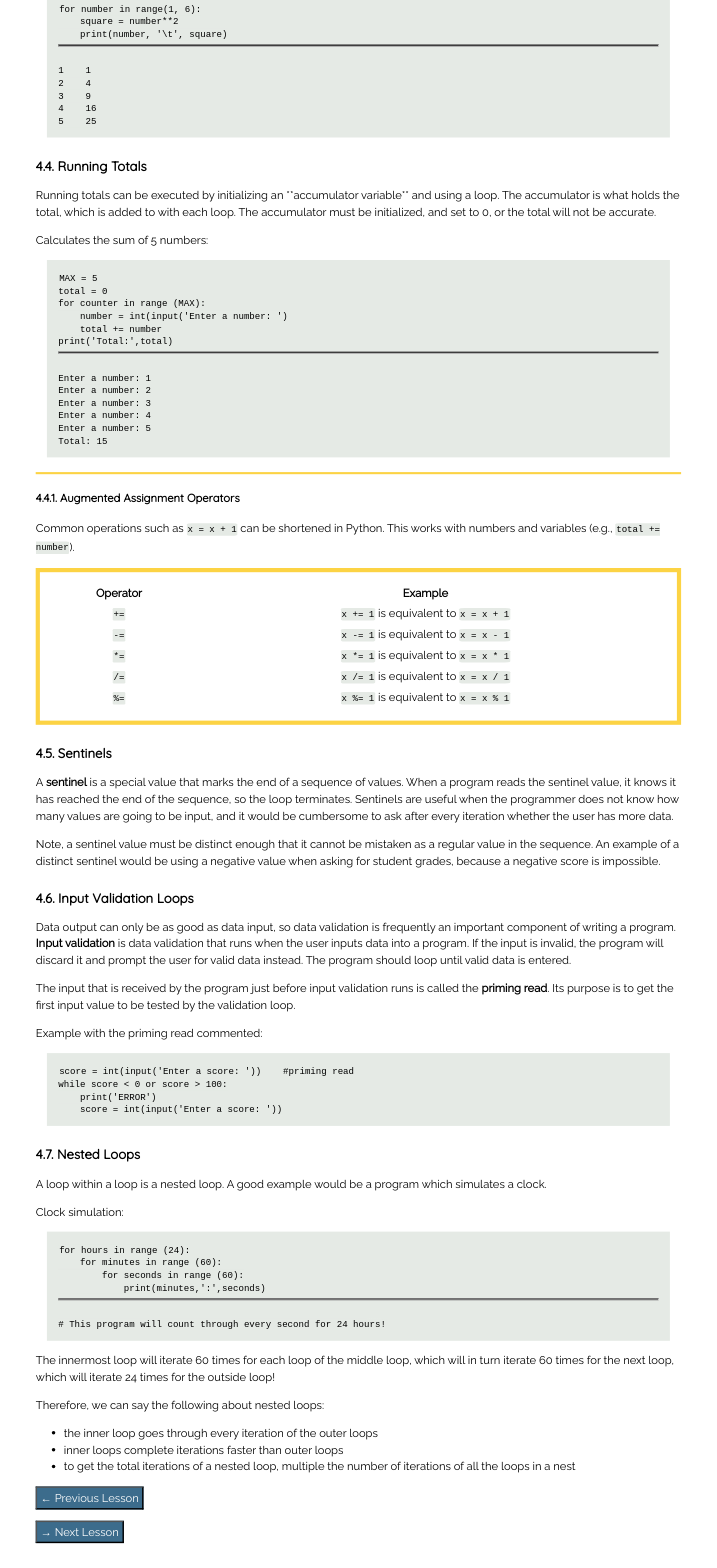
Repository: emnharris/FreeCodeCampChallenges
Page: responsive-web-design/technical-documentation-page/python-tutorial.html
The author's editor kept a copy of each file at every save. The page is drawn from the files as they stood at one save, then again after the next save.
The browser window is 1024 px wide. The pictures show the part of the page from y = 3419 to 5659 px (the page is 5659 px tall), at 70% of full size.

Above is the page before, as saved 2020-04-18 01:12:59.

After the next save:
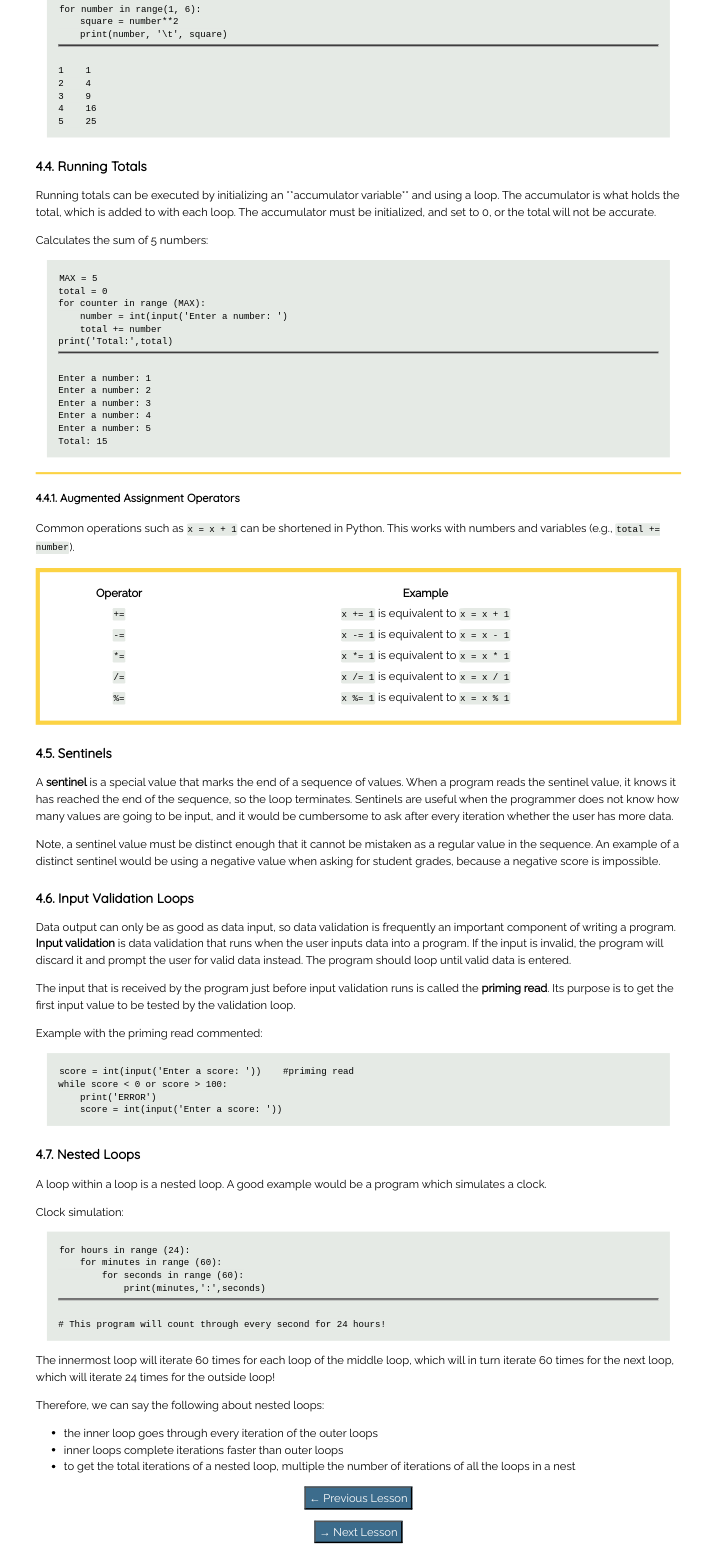
Saved 43 s later.
--- a/responsive-web-design/technical-documentation-page/python-tutorial.css
+++ b/responsive-web-design/technical-documentation-page/python-tutorial.css
@@ -192,6 +192,9 @@
     padding: 1em;
     padding-top: 0em;
 }
+footer {
+    display: none;
+}
 
 @media (max-width: 1670px)
 {
@@ -243,4 +246,8 @@
     tr {
         text-align: center;
     }
-}
+    footer {
+        display: block;
+        text-align: center;
+    }
+}
